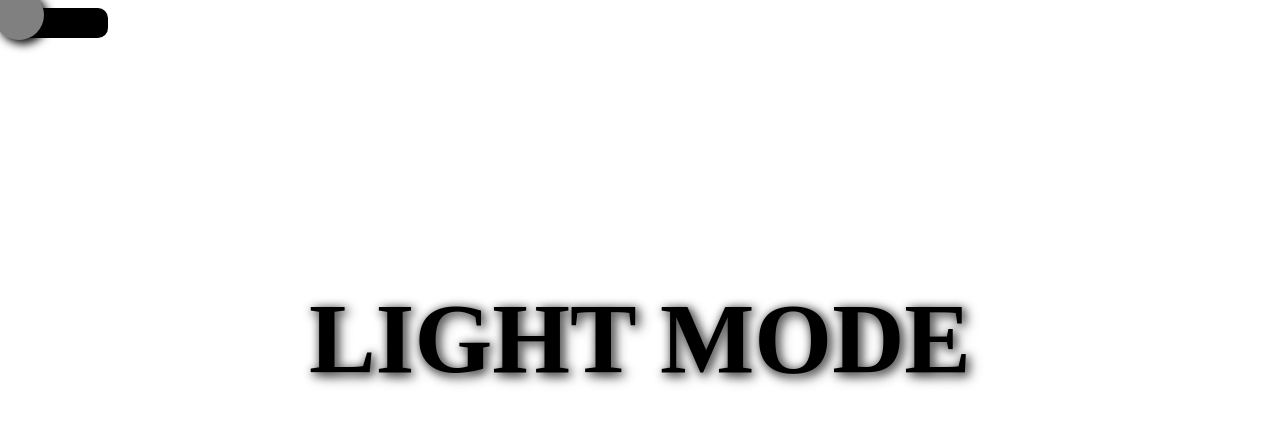
Repository: Eugene44-hub/darkmode-lightmode
Page: index.html
These files come from the project's save history. The page is drawn as it stood at one moment and after a run of saves; the edit follows.
The browser window is 1280 px wide. The pictures show the whole page.

Above is the page before, as saved 2021-10-08 09:13:59.

After the next 2 saves:
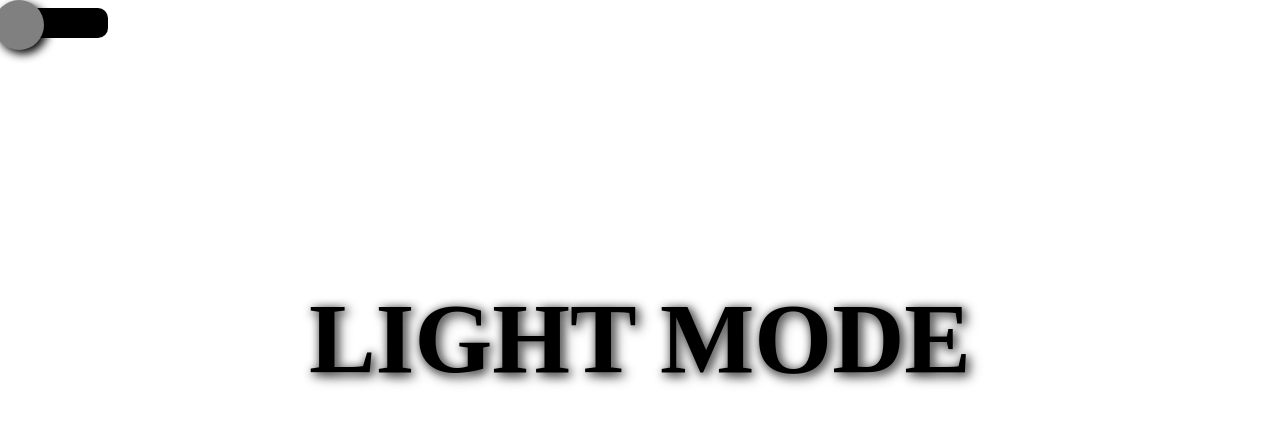
The 2 saves are shown as one change because they came seconds apart.
The last was saved 29 s later.
--- a/style.css
+++ b/style.css
@@ -28,7 +28,7 @@ p {
 }
 
 .circle {
-    top: -10px;
+    top: 0px;
     background-color: grey;
     height: 50px;
     width: 50px;
